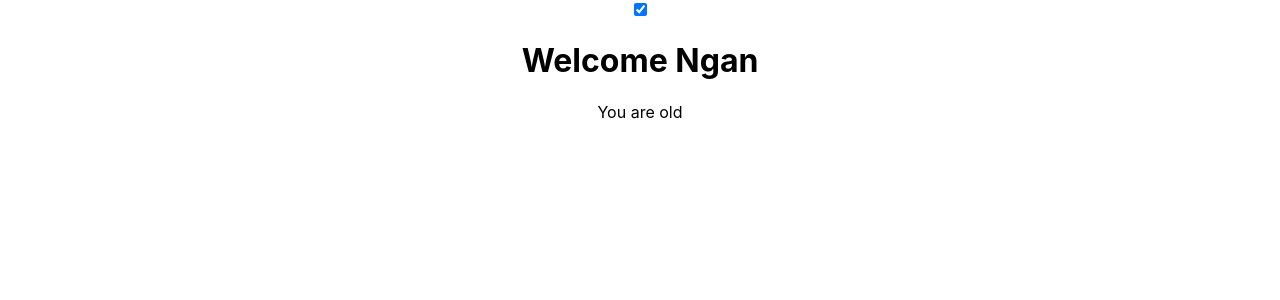
Repository: nguyenthibichngan/learn-react-redux
Page: /
These files come from the project's save history. The page is drawn as it stood at one moment and after the next save; the edit follows.
The browser window is 1280 px wide. The pictures show the whole page.
The project was rebuilt for these pictures with package versions that can differ from the ones it lists, and the page was loaded fresh each time.

Above is the page before, as saved 2023-09-11 14:32:20.

After the next save:
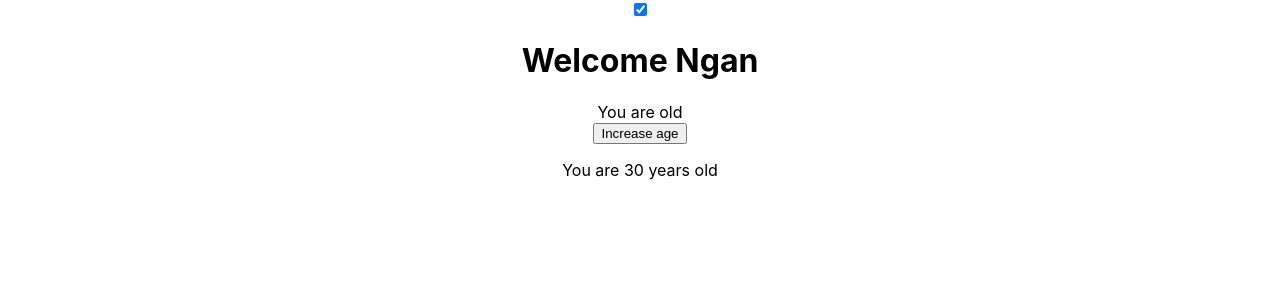
Saved 20 s later.
--- a/src/App.js
+++ b/src/App.js
@@ -1,4 +1,5 @@
 import "./App.css";
+import { AgeCounter } from "./component/AgeCounter";
 import { Greetings } from "./component/Greetings";
 
 function App() {
@@ -21,6 +22,8 @@ function App() {
           console.log("Hi Ngannn");
         }}
       />
+
+      <AgeCounter />
     </div>
   );
 }
